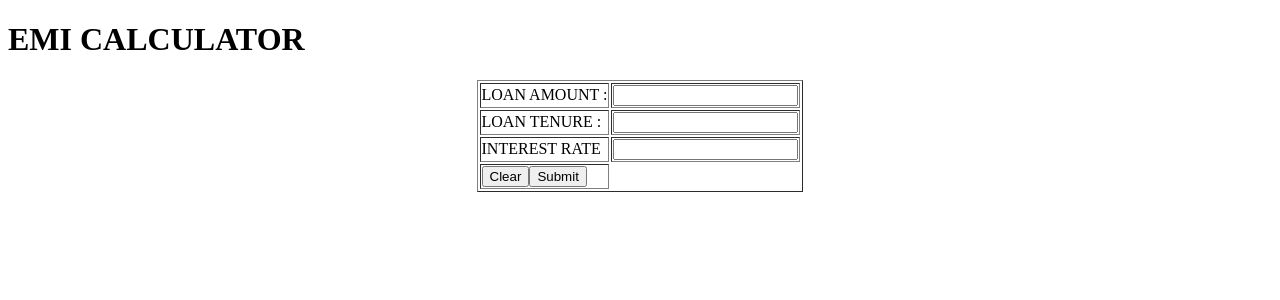
Repository: MayuriShinde124/Mayuri_20136571
Page: Question3/src/main/webapp/Calculator.html
An editor plug-in stored every save of this project. The page is shown before and after the next save, followed by the edit.
The browser window is 1280 px wide. The pictures show the whole page.

Above is the page before, as saved 2023-07-11 07:45:38.

After the next save:
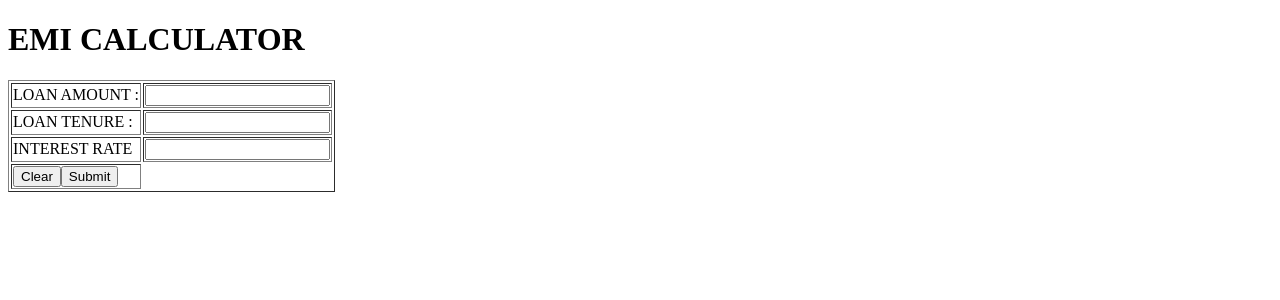
Saved 25 s later.
--- a/Question3/src/main/webapp/Calculator.html
+++ b/Question3/src/main/webapp/Calculator.html
@@ -7,8 +7,7 @@
 <body>
 <form action="Calcuate.jsp">
 
-<table border="1" style="margin-left: auto;
-  margin-right: auto;">
+<table border="1" ">
 
 
   <h1>EMI CALCULATOR</h1>
